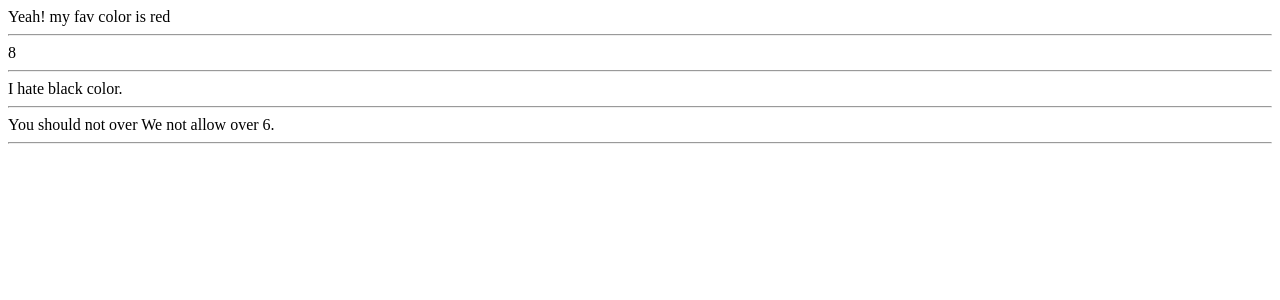
Repository: hsumyatm7308/PHP
Page: http://localhost/l38trycatch.php
The author's editor kept a copy of each file at every save. The page is drawn from the files as they stood at one save, then again after the next save.
The browser window is 1280 px wide. The pictures show the whole page.
The page is run by PHP 8.4 with error messages shown; the project is at /var/www/html/.

Above is the page before, as saved 2023-05-12 17:55:44.

After the next save:
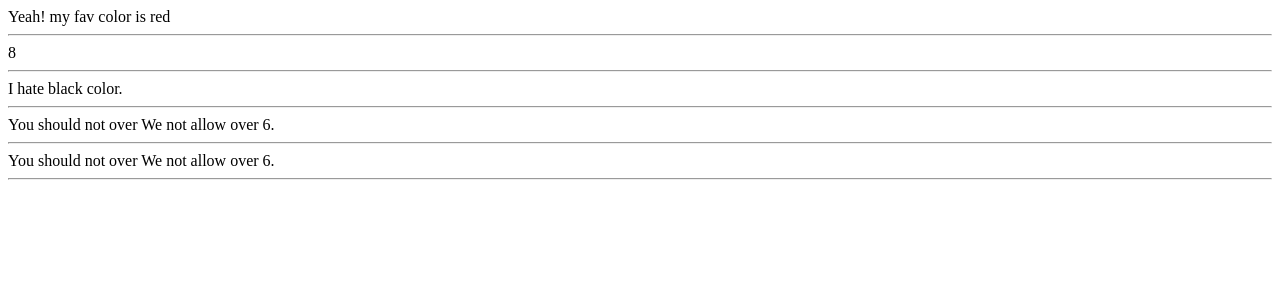
Saved 2 min 14 s later.
--- a/part1/l38trycatch.php
+++ b/part1/l38trycatch.php
@@ -91,4 +91,23 @@ echo "<hr>";
 
 // }
 
+
+function myval($base,$power){
+    if($power > 5){
+        throw new Exception("We not allow over $power.");
+    }
+
+    $result = pow($base,$power);
+    return $result;
+
+}
+
+try{
+    echo mynumber(3,6);
+}catch(Exception $e){
+    echo "You should not over ".$e->getMessage();
+}
+
+echo "<hr>";
+
 ?>
